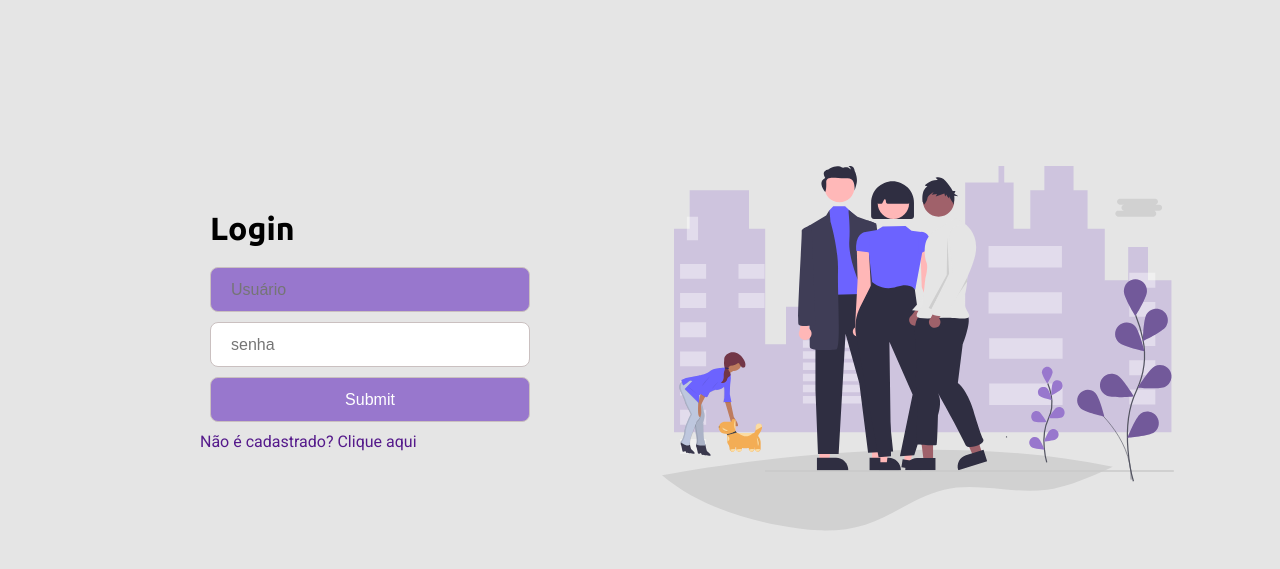
Repository: Dirlandia404/Casos
Page: src/pages/login.html
An editor plug-in stored every save of this project. The page is shown before and after the next save, followed by the edit.
The browser window is 1280 px wide. The pictures show the whole page.
The pointer rests on the first visible `input`.

Above is the page before, as saved 2021-07-13 17:36:10.

After the next save:
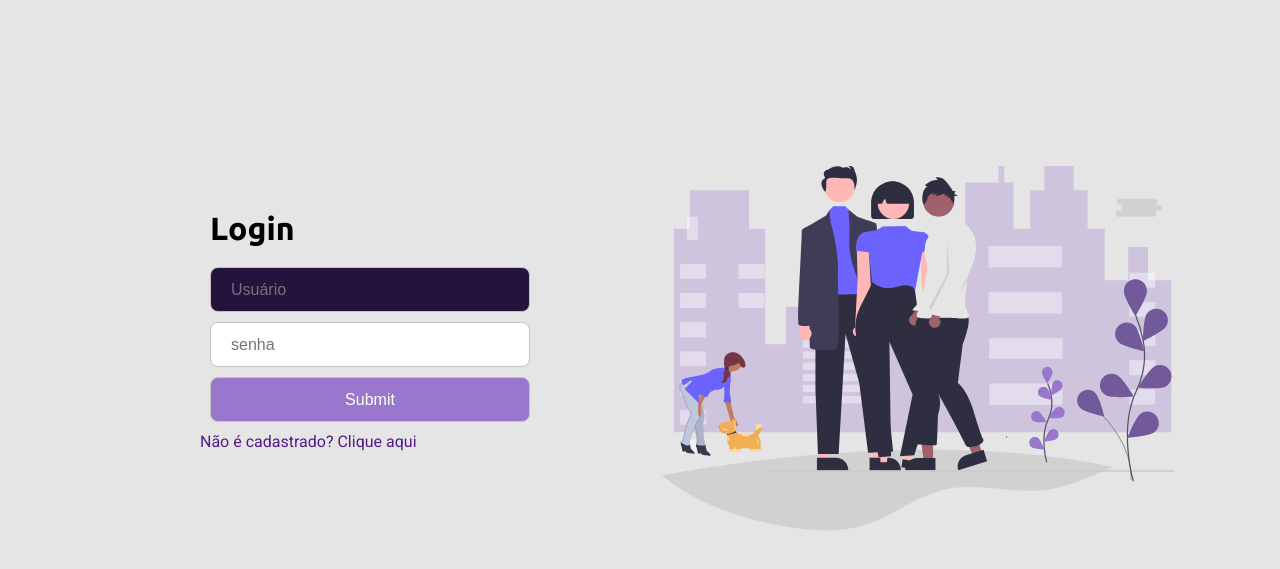
Saved 11 s later.
--- a/src/style/login.css
+++ b/src/style/login.css
@@ -24,7 +24,7 @@ input{
 
 }
 input:hover{
-    background-color: #9877CD;
+    background-color: #24143d;
 }
 
 #login{
